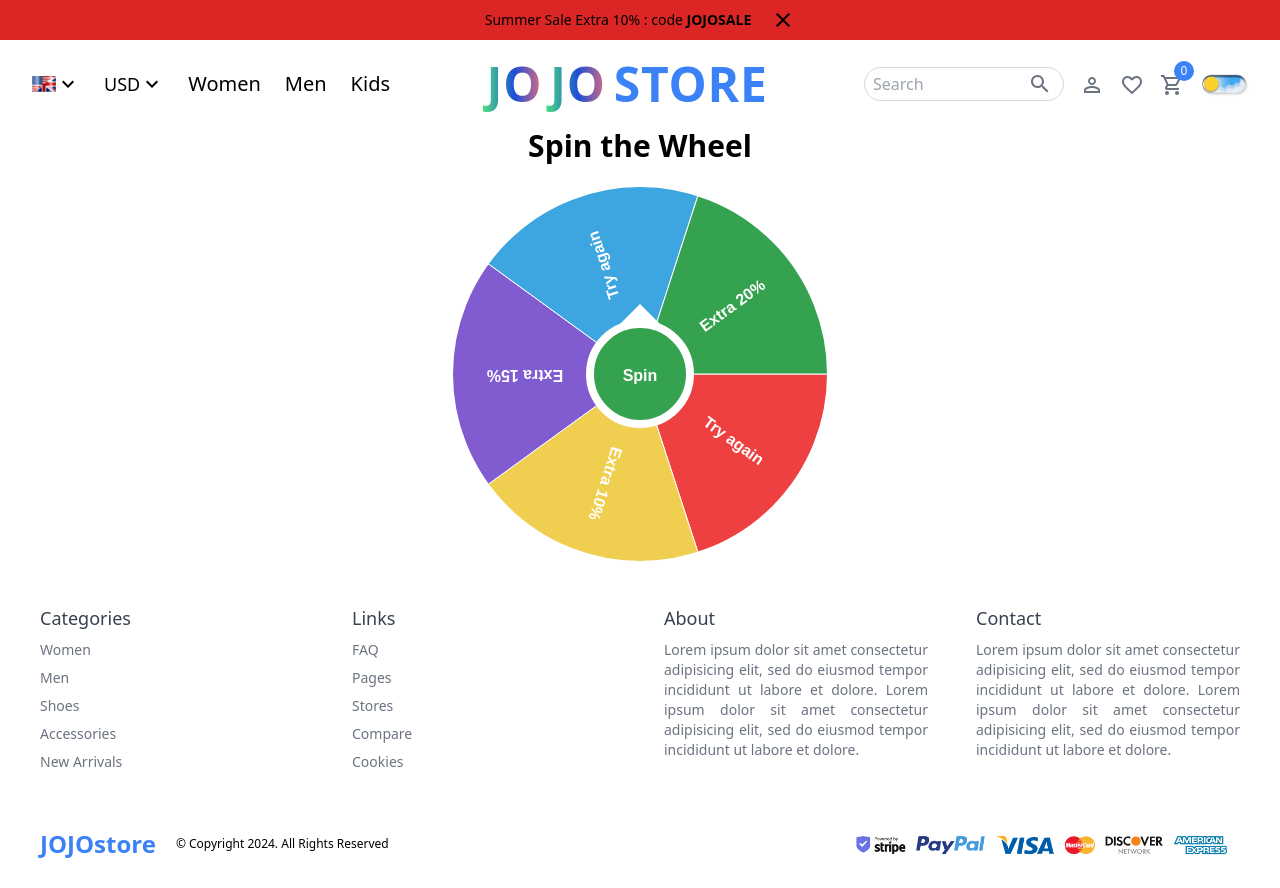
Repository: AiTrinh303/JOJO-STORE
Page: /spinwheelgame
An editor plug-in stored every save of this project. The page is shown before and after the next save, followed by the edit.
The browser window is 1280 px wide. The pictures show the whole page.
The project was rebuilt for these pictures with package versions that can differ from the ones it lists, and the page was loaded fresh each time. Also part of the build but not shown: vite.config.js, src/components/Cart.jsx, src/components/Form.jsx, src/components/Slider/Slide1.jsx, src/components/Slider/Slide2.jsx, src/components/Slider/Slide3.jsx, src/components/Slider/Slider.scss, src/components/Slider/Slider.jsx and 23 more.

Above is the page before, as saved 2024-06-14 07:53:47.

### index.html
<!doctype html>
<html lang="en">
  <head>
    <meta charset="UTF-8" />
    <link rel="icon" type="image/svg+xml" href="/vite.svg" />
    <meta name="viewport" content="width=device-width, initial-scale=1.0" />
    <title>JOJO-STORE</title>
  </head>
  <body>
    <div id="root"></div>
    <script type="module" src="/src/main.jsx"></script>
  </body>
</html>

### src/main.jsx
import React from 'react'
import ReactDOM from 'react-dom/client'
import App from './App'
import './index.css'



ReactDOM.createRoot(document.getElementById('root')).render(
  <React.StrictMode>
      <App />
  </React.StrictMode>,
)

### src/App.jsx
import { useEffect } from "react";
import { createBrowserRouter, RouterProvider, Outlet } from "react-router-dom";

// Context
import ShopContextProvider from "./Context/ShopContext";
import {AuthProvider} from "./Context/AuthContext";

// Pages
import Footer from "./components/Footer";
import Header from "./components/Header/Header";
import Home from "./pages/Home";
import ShopCategory from "./pages/ShopCategory";
import Product from "./pages/Product";
import Wishlists from "./pages/Wishlists/Wishlists";
import Login from "./pages/Login";
import Register from "./pages/Register";
import Profile from "./pages/Profile";
import CartPage from "./pages/CartPage/CartPage";
import FilteredProductList from "./pages/FilteredProductList";
import BackToTopButton from "./components/BackToTopButton";
import SpinWheelGame from "./components/SpinWheelGame";

// Styles
import AOS from 'aos';
import 'aos/dist/aos.css';
import women_banner from './assets/banner_women.png';
import men_banner from './assets/banner_men.png';
import kids_banner from './assets/banner_kids.png';

// Import PrivateRoute component
// import PrivateRoute from "./components/PrivateRoute"; // Adjust the path as per your project structure

const Layout = () => {
  return (
    <div className="app">
      <Header />
      <Outlet />
      <Footer />
      <BackToTopButton />
    </div>
  );
};

// Define your routes using createBrowserRouter
const router = createBrowserRouter([
  {
    path: "/",
    element: <Layout />,
    children: [
      { path: "/", element: <Home /> },
      { path: "/women", element: <ShopCategory banner={women_banner} category="women" /> },
      { path: "/men", element: <ShopCategory banner={men_banner} category="men" /> },
      { path: "/kids", element: <ShopCategory banner={kids_banner} category="kids" /> },
      { path: "/product/:productId", element: <Product /> },
      { path: "/filtered-products", element: <FilteredProductList /> },
      { path: "/cartpage", element: <CartPage /> },
      { path: "/wishlists", element: <Wishlists /> },
      { path: "/login", element: <Login /> },
      { path: "/register", element: <Register />},
      { path: "/profile", element: <Profile />},
      { path: "/spinwheelgame", element: <SpinWheelGame/>},
      // { path: "/dashboard", element: <PrivateRoute element={<Dashboard />} /> },
    ],
  },
]);

function App() {
  useEffect(() => {
    AOS.init({
      offset: 200,
      duration: 1000,
      delay: 150,
    });
    AOS.refresh();
  }, []);

  return (

      <ShopContextProvider>
          <AuthProvider>
             <RouterProvider router={router} />
          </AuthProvider>
      </ShopContextProvider>
  );

}

export default App;

### src/index.css
@tailwind base;
@tailwind components;
@tailwind utilities;


.dark {
    background-color: black;
    color: #ffffff;

  }

.light {
    background-color: #ffffff;
    color: #000000;
  }

### src/Context/ShopContext.jsx
import { createContext, useReducer } from "react";
import all_product from '../assets/all_product';
import { shopReducer, initialState } from "./Reducer/shopReducer";

export const ShopContext = createContext(null);


const ShopContextProvider = (props) => {
    const [state, dispatch] = useReducer(shopReducer, initialState);

    const addToCart = (itemId, quantity = 1) => {
        dispatch({ type: "ADD_TO_CART", payload: { itemId, quantity } });
    };

    const removeFromCart = (itemId) => {
        dispatch({ type: "REMOVE_FROM_CART", payload: { itemId } });
    };

    const resetCart = () => {
        dispatch({ type: "RESET_CART" });
    };

    const addToWishlist = (itemId) => {
        dispatch({ type: "ADD_TO_WISHLIST", payload: { itemId } });
    };

    const removeFromWishlist = (itemId) => {
        dispatch({ type: "REMOVE_FROM_WISHLIST", payload: itemId });
    };

    const getTotalCartAmount = () => {
        let totalAmount = 0;
        for (const item in state.cartItems) {
            if (state.cartItems[item] > 0) {
                let itemInfo = all_product.find((product) => product.id === Number(item));
                if (itemInfo) {
                    totalAmount += itemInfo.new_price * state.cartItems[item];
                }
            }
        }
        return totalAmount;
    };

    const getTotalCartItems = () => {
        let totalItems = 0;
        for (const item in state.cartItems) {
            if (state.cartItems[item] > 0) {
                totalItems += state.cartItems[item];
            }
        }
        return totalItems;
    };

    const contextValue = {
        all_product,
        cartItems: state.cartItems,
        wishlist: state.wishlist,
        addToCart,
        removeFromCart,
        resetCart,
        getTotalCartAmount,
        getTotalCartItems,
        addToWishlist,
        removeFromWishlist
    };

    return (
        <ShopContext.Provider value={contextValue}>
            {props.children}
        </ShopContext.Provider>
    );
};

export default ShopContextProvider;

### src/Context/AuthContext.jsx
// //Create Authentication Logic - The AuthProvider component will be updated with login and logout functions. This function will be passed down through the AuthContext.Provider and it will be accessible globally.

// import { useContext, createContext, useState } from "react";
// import { useNavigate } from "react-router-dom";

// const AuthContext = createContext();

// const AuthProvider = ({ children }) => {
//   const [user, setUser] = useState(null);
//   const [token, setToken] = useState(localStorage.getItem("site") || "");
//   const navigate = useNavigate();
//   const loginAction = async (data) => {
//     try {
//       const response = await fetch("your-api-endpoint/auth/login", {
//         method: "POST",
//         headers: {
//           "Content-Type": "application/json",
//         },
//         body: JSON.stringify(data),
//       });
//       const res = await response.json();
//       if (res.data) {
//         setUser(res.data.user);
//         setToken(res.token);
//         localStorage.setItem("site", res.token);
//         navigate("/dashboard");
//         return;
//       }
//       throw new Error(res.message);
//     } catch (err) {
//       console.error(err);
//     }
//   };

//   const logOut = () => {
//     setUser(null);
//     setToken("");
//     localStorage.removeItem("site");
//     navigate("/login");
//   };

//   return (
//     <AuthContext.Provider value={{ token, user, loginAction, logOut }}>
//       {children}
//     </AuthContext.Provider>
//   );

// };

// export default AuthProvider;

// export const useAuth = () => {
//   return useContext(AuthContext);
// };


import { createContext, useState } from "react";

export const AuthContext = createContext();

export const AuthProvider = ({ children }) => {
  const [user, setUser] = useState(null);

  const login = (userData) => {
    setUser(userData);
  };

  const logout = () => {
    setUser(null);
  };

  return (
    <AuthContext.Provider value={{ user, setUser, login, logout }}>
      {children}
    </AuthContext.Provider>
  );
};

### src/components/Footer.jsx
import React from "react";

const Footer = () => {
  return (
    <div className="footer mx-10 my-5">
      <div className="top flex gap-12">
        <div className="item flex-1 flex flex-col gap-2 text-justify text-sm">
          <h1 className="text-lg font-medium text-gray-700">Categories</h1>
          <span className="text-gray-500">Women</span>
          <span className="text-gray-500">Men</span>
          <span className="text-gray-500">Shoes</span>
          <span className="text-gray-500">Accessories</span>
          <span className="text-gray-500">New Arrivals</span>
        </div>
        <div className="item flex-1 flex flex-col gap-2 text-justify text-sm">
          <h1 className="text-lg font-medium text-gray-700">Links</h1>
          <span className="text-gray-500">FAQ</span>
          <span className="text-gray-500">Pages</span>
          <span className="text-gray-500">Stores</span>
          <span className="text-gray-500">Compare</span>
          <span className="text-gray-500">Cookies</span>
        </div>
        <div className="item flex-1 flex flex-col gap-2 text-justify text-sm">
          <h1 className="text-lg font-medium text-gray-700">About</h1>
          <span className="text-gray-500">
            Lorem ipsum dolor sit amet consectetur adipisicing elit, sed do
            eiusmod tempor incididunt ut labore et dolore. Lorem ipsum dolor sit
            amet consectetur adipisicing elit, sed do eiusmod tempor incididunt
            ut labore et dolore.
          </span>
        </div>
        <div className="item flex-1 flex flex-col gap-2 text-justify text-sm">
          <h1 className="text-lg font-medium text-gray-700">Contact</h1>
          <span className="text-gray-500">
            Lorem ipsum dolor sit amet consectetur adipisicing elit, sed do
            eiusmod tempor incididunt ut labore et dolore. Lorem ipsum dolor sit
            amet consectetur adipisicing elit, sed do eiusmod tempor incididunt
            ut labore et dolore.
          </span>
        </div>
      </div>
      <div className="bottom flex items-center justify-between mt-12">
        <div className="left flex items-center">
          <span className="logo text-blue-500 font-bold text-2xl">JOJOstore</span>
          <span className="copyright ml-5 text-xs text-black-500">
            © Copyright 2024. All Rights Reserved
          </span>
        </div>
        <div className="right">
          <img src="src/assets/payment.png" alt="payment" className="h-12" />
        </div>
      </div>
    </div>
  );
};

export default Footer;

### src/components/Header/Header.jsx

import NavbarExtra from './NavbarExtra'
import Navbar from './Navbar'

const Header = () => {
  return (
    <div>
      <NavbarExtra />
      <Navbar />
    </div>
  )
}

export default Header

### src/components/SpinWheelGame.jsx
import WheelComponent from "./WheelComponent";

export default function App() {
  const segments = [
    "Try again",
    "Extra 10%",
    "Extra 15%",
    "Try again",
    "Extra 20%",
  ];
  const segColors = ["#EE4040", "#F0CF50", "#815CD1", "#3DA5E0", "#34A24F"];
  const onFinished = (winner) => {
    console.log(winner);

  };
  return (
    <div className="">
      <h1 className="text-center text-3xl font-bold">Spin the Wheel</h1>
      <div className="flex items-center justify-center">
        <WheelComponent
          segments={segments}
          segColors={segColors}
          onFinished={(winner) => onFinished(winner)}
          primaryColor="blackdarkgrey"
          contrastColor="white"
          buttonText="Spin"
          isOnlyOnce={false}
          size={190}
          upDuration={500}
          downDuration={600}
          fontFamily="Arial"
        />
      </div>
      {/* <h2>Start editing to see some magic happen!</h2> */}
    </div>
  );
}

### src/Context/Reducer/shopReducer.jsx

// import all_product from "../../assets/all_product";

// const getDefaultValue = () => {
//     let cart = {};
//     for (let index = 0; index < all_product.length; index++) {
//         cart[index] = 0;
//     }
//     return cart;
// };

// export const initialState = {
//     cartItems: getDefaultValue(),
//     wishlist: []
// };

// export const shopReducer = (state, action) => {
//     switch (action.type) {
//         case "ADD_TO_CART":
//             return {
//                 ...state,
//                 cartItems: {
//                     ...state.cartItems,
//                     [action.payload.itemId]: (state.cartItems[action.payload.itemId] || 0) + action.payload.quantity
//                 }
//             };
//         case "REMOVE_FROM_CART":
//             return {
//                 ...state,
//                 cartItems: {
//                     ...state.cartItems,
//                     [action.payload.itemId]: state.cartItems[action.payload.itemId] - 1
//                 }
//             };
//         case "RESET_CART":
//             return {
//                 ...state,
//                 cartItems: getDefaultValue()
//             };
//         case "ADD_TO_WIS                    [action.payload.itemId]: (state.cartItems[action.payload.itemId] || 0) + action.payload.quantity
//                 }
//             };
//         case "REMOVE_FROM_CART":
//             return {
//                 ...state,
//                 cartItems: {
//                     ...state.cartItems,
//                     [action.payload.itemId]: state.cartItems[action.payload.itemId] - 1
//                 }
//             };
//         case "RESET_CART":
//             return {
//                 ...state,
//                 cartItems: getDefaultValue()
//             };
//         case "ADD_TO_WISHLIST":
//             return {
//                 ...state,
//                 wishlist: [...state.wishlist, action.payload.itemId]
//             };
//         case "REMOVE_FROM_WISHLIST":
//             const newWishlist = [...state.wishlist];
//             newWishlist.splice(newWishlist.indexOf(action.payload.itemId), 1)}
//             return {
//                 ...state,
//                 wishlist: newWishlist};

//         default:
//             return state;
//     }
// };


import all_product from "../../assets/all_product";

const getDefaultValue = () => {
    let cart = {};
    for (let index = 0; index < all_product.length; index++) {
        cart[index] = 0;
    }
    return cart;
};

export const initialState = {
    cartItems: getDefaultValue(),
    wishlist: []
};

export const shopReducer = (state, action) => {
    switch (action.type) {
        case "ADD_TO_CART":
            return {
                ...state,
                cartItems: {
                    ...state.cartItems,
                    [action.payload.itemId]: (state.cartItems[action.payload.itemId] || 0) + action.payload.quantity
                }
            };
        case "REMOVE_FROM_CART":
            return {
                ...state,
                cartItems: {
                    ...state.cartItems,
                    [action.payload.itemId]: Math.max(0, state.cartItems[action.payload.itemId] - 1)
                }
            };
        case "RESET_CART":
            return {
                ...state,
                cartItems: getDefaultValue()
            };
        case "ADD_TO_WISHLIST":
            if (!state.wishlist.includes(action.payload.itemId)) {
                return {
                    ...state,
                    wishlist: [...state.wishlist, action.payload.itemId]
                };
            }
            return state;
        case "REMOVE_FROM_WISHLIST":
                return {
                    ...state,
                    wishlist: state.wishlist.filter((item) => item.itemId !== action.payload.itemId)
                };

        default:
            return state;
    }
};

### src/components/Header/NavbarExtra.jsx
import CloseIcon from '@mui/icons-material/Close';
import LocalShippingIcon from '@mui/icons-material/LocalShipping';
import ContactMailIcon from '@mui/icons-material/ContactMail';
import SyncAltIcon from '@mui/icons-material/SyncAlt';
import { useState } from 'react';

const NavbarExtra = () => {
  const [showSale, setShowSale] = useState(true);

  return (
    <div data-aos="fade-down" className="navbar h-12">
      {showSale ? (
        <div className="wrapper py-2 px-4 md:px-10 flex items-center justify-center items-center gap-5 bg-red-600 text-black-600 text-xs md:text-sm">
          <div>
            <p>Summer Sale Extra 10% : code <strong>JOJOSALE</strong></p>
          </div>
          <div>
            <CloseIcon onClick={() => setShowSale(false)} className="text-black-700 hover:text-black-900"/>
          </div>
        </div>
      ) : (
        <div className="wrapper py-2 px-4 md:px-10 flex flex-col md:flex-row items-center justify-between bg-gray-200 text-gray-500 text-xs md:text-sm">
          <div className="my-1 md:my-0">
            <p><ContactMailIcon className='px-1'/>Help and Contact</p>
          </div>
          <div className="my-1 md:my-0">
            <p><LocalShippingIcon className='px-1'/>Free standard delivery over €50 & free return*</p>
          </div>
          <div className="my-1 md:my-0">
            <p><SyncAltIcon className='px-1'/>100-day return policy</p>
          </div>
        </div>
      )}
    </div>
  );
};

export default NavbarExtra;

### src/components/Header/DarkMode.jsx
import LightButton from "../../assets/light-mode-button.png";
import DarkButton from "../../assets/dark-mode-button.png";
import { useEffect, useState } from "react";

const DarkMode = () => {
  const [theme, setTheme] = useState(
    localStorage.getItem("theme") ? localStorage.getItem("theme") : "light"
  );

  const element = document.documentElement; // html element

 useEffect(() => {
    if (theme === "dark") {
      element.classList.add("dark");
      localStorage.setItem("theme", "dark");
    } else {
      element.classList.remove("dark");
      localStorage.setItem("theme", "light");
    }
  }, [theme]);

  return (
    <div className="relative">
      <img
        src={LightButton}
        alt=""
        onClick={() => setTheme(theme === "light" ? "dark" : "light")}
        className={`w-12 cursor-pointer drop-shadow-[1px_1px_1px_rgba(0,0,0,0.1)] transition-all duration-300 absolute right-0 z-10 ${
          theme === "dark" ? "opacity-0" : "opacity-100"
        } `}
      />
      <img
        src={DarkButton}
        alt=""
        onClick={() => setTheme(theme === "light" ? "dark" : "light")}
        className="w-12 cursor-pointer drop-shadow-[1px_1px_1px_rgba(0,0,0,0.1)] transition-all duration-300"
      />
    </div>
  );
};

export default DarkMode;

Loaded but not shown: tailwind.config.js (common file); src/assets/all_product.js (906 lines, source omitted); src/components/WheelComponent.tsx (267 lines, source omitted); src/components/Header/Navbar.jsx (125 lines, source omitted)

After the next save:
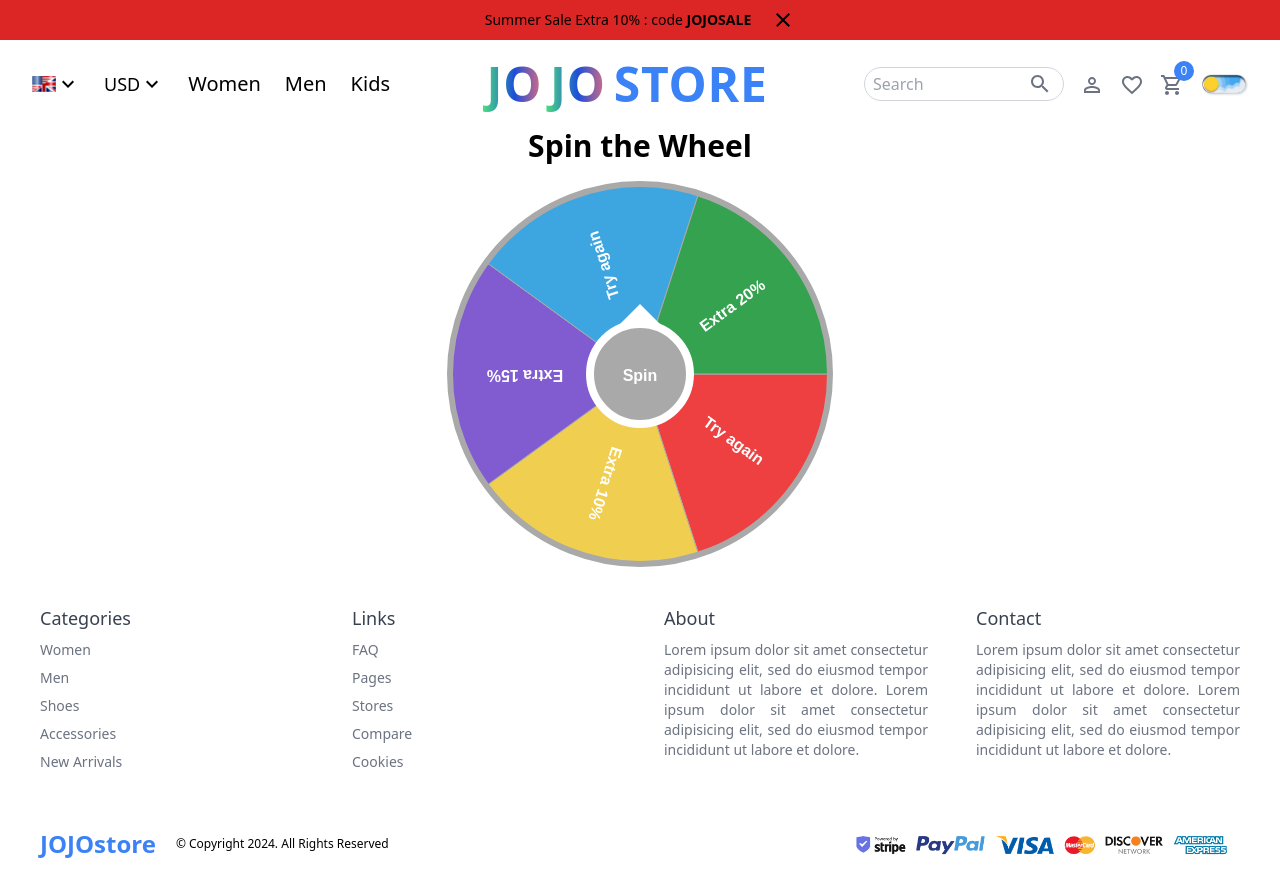
Saved 5 s later.
--- a/src/components/SpinWheelGame.jsx
+++ b/src/components/SpinWheelGame.jsx
@@ -21,7 +21,7 @@
           segments={segments}
           segColors={segColors}
           onFinished={(winner) => onFinished(winner)}
-          primaryColor="blackdarkgrey"
+          primaryColor="darkgrey"
           contrastColor="white"
           buttonText="Spin"
           isOnlyOnce={false}

After the save that followed:
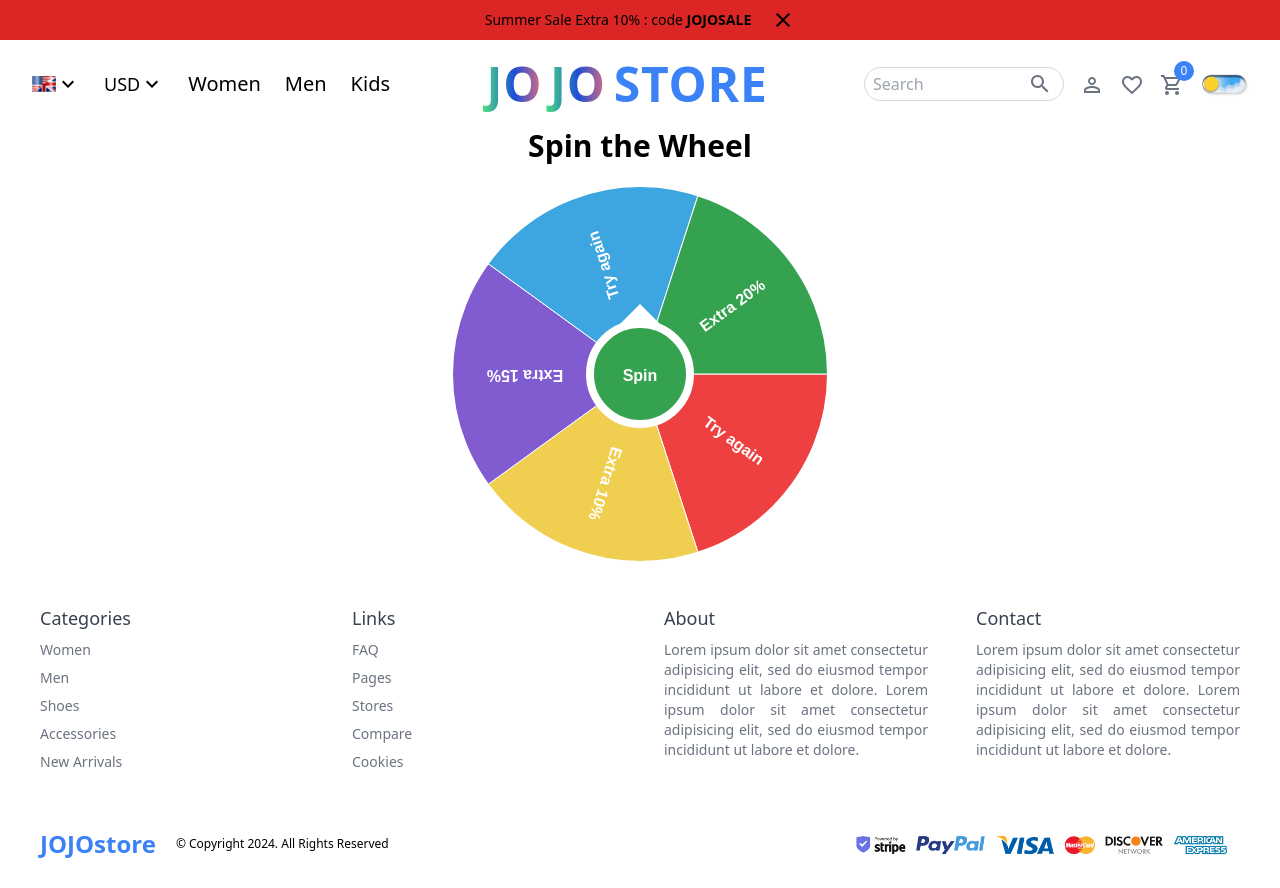
Saved 18 s later.
--- a/src/components/SpinWheelGame.jsx
+++ b/src/components/SpinWheelGame.jsx
@@ -21,7 +21,7 @@
           segments={segments}
           segColors={segColors}
           onFinished={(winner) => onFinished(winner)}
-          primaryColor="darkgrey"
+          primaryColor=""
           contrastColor="white"
           buttonText="Spin"
           isOnlyOnce={false}
